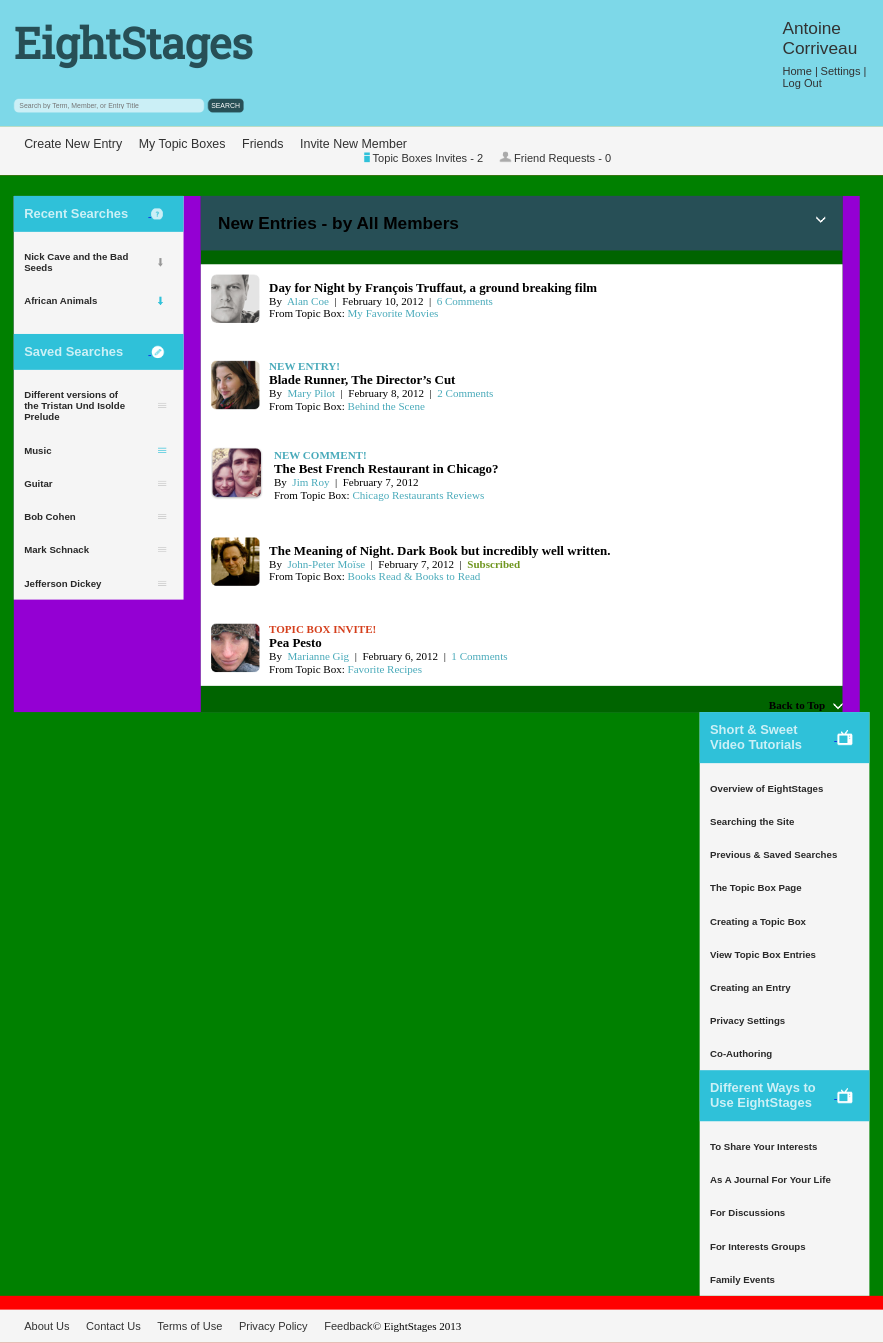
Repository: bhattaraib58/eighstages-lf-design
Page: Assignment 3/Eight Stages Website Mockup Done/index.html
The author's editor kept a copy of each file at every save. The page is drawn from the files as they stood at one save, then again after the next save.
The browser window is 1280 px wide. The pictures show the whole page, at 69% of full size.
Some web fonts or font styles are not loaded; a fallback is used.

Above is the page before, as saved 2019-06-10 03:30:55.

### Assignment 3/Eight Stages Website Mockup Done/index.html
<!DOCTYPE html>
<html lang="en">

<head>
    <meta charset="UTF-8">
    <meta name="viewport" content="width=device-width, initial-scale=1.0">
    <meta http-equiv="X-UA-Compatible" content="ie=edge">
    <link href="https://fonts.googleapis.com/css?family=Roboto+Slab:300,400&display=swap" rel="stylesheet">
    <link href="https://fonts.googleapis.com/css?family=Istok+Web&display=swap" rel="stylesheet">
    <link rel="stylesheet" href="css/reset.css">
    <link rel="stylesheet" href="css/style.css">
    <title>EightStages</title>
</head>

<body>
    <div class="header">
        <div class="top-header clearfix">
            <div class="logo-search">
                <div class="logo">
                    <h1><a href="#">EightStages</a></h1>
                </div>
                <form action="#">
                    <div class="input">
                        <input type="text" name="search-box" placeholder="Search by Term, Member, or Entry Title">
                    </div>
                    <div class="button">
                        <button type="submit">SEARCH</button>
                    </div>
                </form>
            </div>
            <div class="profile-info">
                <div class="title"><a href="#">Antoine Corriveau</a></div>
                <ul class="horizontal-line">
                    <li><a href="#">Home |</a></li>
                    <li><a href="#">Settings |</a></li>
                    <li><a href="#">Log Out</a></li>
                </ul>
            </div>
        </div>
        <div class="bottom-header clearfix">
            <ul class="menu-items">
                <li><a href="#">Create New Entry</a></li>
                <li><a href="#">My Topic Boxes</a></li>
                <li><a href="#">Friends</a></li>
                <li><a href="#">Invite New Member</a></li>
            </ul>
            <div class="user-info">
                <a href="#" class="topic-invites">
                    <img src="images/topic-invites.png" alt="Topic Invites Icon">
                    <span>Topic Boxes Invites - </span>
                    <span>2</span>
                </a>
                <a href="#" class="friend-requests">
                    <img src="images/user.png" alt="User Icon">
                    <span>Friend Requests - </span>
                    <span>0</span>
                </a>
            </div>
        </div>
    </div>
    <div class="container clearfix">
        <div class="searches-entries-container">
            <div class="searches-container">
                <div class="recent-searches">
                    <div class="content-title">
                        <a href="#">
                            <h3 class="content-common">Recent Searches</h3>
                            <img src="images/question-mark.png" alt="Question Mark">
                        </a>
                    </div>
                    <div class="searches-content">
                        <ul>
                            <li class="content"><a href="#">
                                    <div>Nick Cave and the Bad Seeds</div>
                                    <img src="images/download-gray.png" alt="Downlaod Gray Icon">
                                </a></li>
                            <li class="content">
                                <a href="#">
                                    <div>African Animals</div>
                                    <img src="images/download-lit.png" alt="Downlaod Lit Icon">
                                </a>
                            </li>
                        </ul>
                    </div>
                </div>
                <div class="saved-searches">
                    <div class="content-title">
                        <a href="#">
                            <h3 class="content-common">Saved Searches</h3>
                            <img src="images/edit-pen.png" alt="Edit Icon">
                        </a>
                    </div>
                    <div class="searches-content">
                        <ul>
                            <li class="content"><a href="#">
                                    <div>Different versions of the
                                        Tristan Und Isolde Prelude</div>
                                    <img src="images/hamburger-gray.png" alt="Hamburger Gray Icon">
                                </a></li>
                            <li class="content">
                                <a href="#">
                                    <div>Music</div>
                                    <img src="images/hamburger-selected.png" alt="Hamburger Selected Icon">
                                </a>
                            </li>
                            <li class="content">
                                <a href="#">
                                    <div>Guitar</div>
                                    <img src="images/hamburger-gray.png" alt="Hamburger Gray Icon">
                                </a>
                            </li>
                            <li class="content">
                                <a href="#">
                                    <div>Bob Cohen</div>
                                    <img src="images/hamburger-gray.png" alt="Hamburger Gray Icon">
                                </a>
                            </li>
                            <li class="content">
                                <a href="#">
                                    <div>Mark Schnack</div>
                                    <img src="images/hamburger-gray.png" alt="Hamburger Gray Icon">
                                </a>
                            </li>
                            <li class="content">
                                <a href="#">
                                    <div>Jefferson Dickey</div>
                                    <img src="images/hamburger-gray.png" alt="Hamburger Gray Icon">
                                </a>
                            </li>

                        </ul>
                    </div>
                </div>
            </div>
            <div class="entries-container">
                <div class="entries-main-title clearfix">
                    <h1>New Entries - by All Members</h1>
                    <a href="#"><img src="images/arrow.png" alt="Arrow Icon"></a>
                </div>
                <div class="entries-list">
                    <ul>
                        <li class="entries">
                            <div>
                                <div class="image-container">
                                    <img src="images/person-1.png" alt="person-1">
                                </div>
                                <div class="entries-content">
                                    <!-- <span class="entries-notify-info">New Comment</span> -->
                                    <h3 class="entries-title">Day for Night by François Truffaut, a ground breaking film
                                    </h3>
                                    <div class="entries-author">
                                        <span>By&nbsp;</span>
                                        <a href="#">Alan Coe</a>
                                        <span>&nbsp;|&nbsp;</span>
                                        <span>February 10, 2012</span>
                                        <span>&nbsp;|&nbsp;</span>
                                        <a href="#">6&nbsp;Comments</a>
                                        <!-- <span>&nbsp;|&nbsp;</span>
                                        <span class="subscribed">Subscribed</span> -->
                                    </div>
                                    <div class="entries-category">
                                        <span>From Topic Box: </span>
                                        <a href="#">My Favorite Movies</a>
                                    </div>
                                </div>
                            </div>
                        </li>
                        <li class="entries">
                            <div>
                                <div class="image-container">
                                    <img src="images/person-2.png" alt="person-1">
                                </div>
                                <div class="entries-content">
                                    <span class="entries-notify-info">NEW ENTRY!</span>
                                    <h3 class="entries-title">Blade Runner, The Director’s Cut</h3>
                                    <div class="entries-author">
                                        <span>By&nbsp;</span>
                                        <a href="#">Mary Pilot</a>
                                        <span>&nbsp;|&nbsp;</span>
                                        <span>February 8, 2012</span>
                                        <span>&nbsp;|&nbsp;</span>
                                        <a href="#">2&nbsp;Comments</a>
                                        <!-- <span>&nbsp;|&nbsp;</span>
                                            <span class="subscribed">Subscribed</span> -->
                                    </div>
                                    <div class="entries-category">
                                        <span>From Topic Box: </span>
                                        <a href="#">Behind the Scene</a>
                                    </div>
                                </div>
                            </div>
                        </li>

                        <li class="entries">
                            <div>
                                <div class="image-container">
                                    <img src="images/person-3.png" alt="person-3">
                                </div>
                                <div class="entries-content">
                                    <span class="entries-notify-info">NEW COMMENT!</span>
                                    <h3 class="entries-title">The Best French Restaurant in Chicago?</h3>
                                    <div class="entries-author">
                                        <span>By&nbsp;</span>
                                        <a href="#">Jim Roy</a>
                                        <span>&nbsp;|&nbsp;</span>
                                        <span>February 7, 2012</span>
                                        <!-- <span>&nbsp;|&nbsp;</span> -->
                                        <!-- <a href="#">2&nbsp;Comments</a> -->
                                        <!-- <span>&nbsp;|&nbsp;</span>
                                                <span class="subscribed">Subscribed</span> -->
                                    </div>
                                    <div class="entries-category">
                                        <span>From Topic Box: </span>
                                        <a href="#"> Chicago Restaurants Reviews</a>
                                    </div>
                                </div>
                            </div>
                        </li>

                        <li class="entries">
                            <div>
                                <div class="image-container">
                                    <img src="images/person-4.png" alt="person-3">
                                </div>
                                <div class="entries-content">
                                    <!-- <span class="entries-notify-info">NEW COMMENT!</span> -->
                                    <h3 class="entries-title">The Meaning of Night. Dark Book but incredibly well
                                        written.</h3>
                                    <div class="entries-author">
                                        <span>By&nbsp;</span>
                                        <a href="#">John-Peter Moïse</a>
                                        <span>&nbsp;|&nbsp;</span>
                                        <span>February 7, 2012</span>
                                        <!-- <span>&nbsp;|&nbsp;</span> -->
                                        <!-- <a href="#">2&nbsp;Comments</a> -->
                                        <span>&nbsp;|&nbsp;</span>
                                        <span class="subscribed">Subscribed</span>
                                    </div>
                                    <div class="entries-category">
                                        <span>From Topic Box: </span>
                                        <a href="#"> Books Read & Books to Read</a>
                                    </div>
                                </div>
                            </div>
                        </li>
                        <li class="entries">
                            <div>
                                <div class="image-container">
                                    <img src="images/person-5.png" alt="person-3">
                                </div>
                                <div class="entries-content">
                                    <span class="entries-notify-invite">TOPIC BOX INVITE!</span>
                                    <h3 class="entries-title">Pea Pesto</h3>
                                    <div class="entries-author">
                                        <span>By&nbsp;</span>
                                        <a href="#">Marianne Gig</a>
                                        <span>&nbsp;|&nbsp;</span>
                                        <span>February 6, 2012</span>
                                        <span>&nbsp;|&nbsp;</span>
                                        <a href="#">1&nbsp;Comments</a>
                                        <!-- <span>&nbsp;|&nbsp;</span>
                                                <span class="subscribed">Subscribed</span> -->
                                    </div>
                                    <div class="entries-category">
                                        <span>From Topic Box: </span>
                                        <a href="#"> Favorite Recipes</a>
                                    </div>
                                </div>
                            </div>
                        </li>
                    </ul>
                </div>
                <div class="entries-footer">
                    <span>Back to Top&nbsp;&nbsp;</span>
                    <a href="#"><img src="images/arrow.png" alt="Arrow Icon"></a>
                </div>
            </div>
        </div>
        <div class="shortlink-sidebar-container">
            <div class="content-title">
                <a href="#">
                    <h3 class="content-common">Short & Sweet
                        Video Tutorials</h3>
                    <img src="images/tv-icon.png" alt="TV (Watch) Icon">
                </a>
            </div>
            <div class="searches-content">
                <ul>
                    <li class="content"><a href="#">
                            Overview of EightStages
                        </a></li>
                    <li class="content"><a href="#">
                            Searching the Site
                        </a></li>
                    <li class="content"><a href="#">
                            Previous & Saved Searches
                        </a></li>
                    <li class="content"><a href="#">
                            The Topic Box Page
                        </a></li>
                    <li class="content"><a href="#">
                            Creating a Topic Box
                        </a></li>
                    <li class="content"><a href="#">
                            View Topic Box Entries
                        </a></li>

                    <li class="content"><a href="#">
                            Creating an Entry
                        </a></li>
                    <li class="content">
                        <a href="#">
                            Privacy Settings
                        </a>
                    </li>
                    <li class="content"><a href="#">
                            Co-Authoring
                        </a></li>
                </ul>
            </div>

            <div class="content-title">
                <a href="#">
                    <h3 class="content-common">Different Ways
                        to Use EightStages</h3>
                    <img src="images/tv-icon.png" alt="TV (Watch) Icon">
                </a>
            </div>
            <div class="searches-content">
                <ul>
                    <li class="content"><a href="#">
                            To Share Your Interests
                        </a></li>
                    <li class="content"><a href="#">
                            As A Journal For Your Life
                        </a></li>
                    <li class="content"><a href="#">
                            For Discussions
                        </a></li>
                    <li class="content"><a href="#">
                            For Interests Groups
                        </a></li>
                    <li class="content"><a href="#">
                            Family Events
                        </a></li>
                </ul>
            </div>
        </div>
    </div>
    <div class="footer bottom-header clearfix">
        <ul class="short-links">
                <li><a href="#">About Us </a></li>
                <li><a href="#">Contact Us </a></li>
                <li><a href="#">Terms of Use</a></li>
                <li><a href="#">Privacy Policy</a></li>
                <li><a href="#">Feedback</a></li>
        </ul>
        <span class="copyright">
            © EightStages 2013
        </span>
    </div>
</body>

</html>

### Assignment 3/Eight Stages Website Mockup Done/css/reset.css
*
{
    margin: 0px;
    padding: 0px;
    box-sizing: border-box;
}

### Assignment 3/Eight Stages Website Mockup Done/css/style.css
body {
    background-color: red;
}

.header {
    background-color: green;
}

.top-header {
    background-color: #7dd8e8;
    padding: 20px;
}

.logo-search {
    width: 60%;
    float: left;
}

.clearfix::after {
    content: "";
    clear: both;
    display: table;
}

.logo {
    margin-right: 22px;
    font-family: 'Roboto Slab', serif;
    float: left;
}

.logo a {
    color: #274f56;
    text-decoration: none;
    font-size: 62px;
}

form {
    float: left;
    margin-top: 40px;
    margin-right: 178px;
}

form input {
    margin-right: 5px;
    width: 276px;
    height: 20px;
    background-color: transparent;
    border: 0px;
    padding: 8px;
    font-size: 10px;
    color: #5c5c5c;
    font-family: "Istok Web ", sans-serif;
    outline: none;
    display: inline-block;
}

form .input {
    background: url(../images/input.png) no-repeat;
    float: left;
}

form button {
    display: inline-block;
    outline: none;
    color: #ffffff;
    font-family: "Istok Web ", sans-serif;
    background-color: transparent;
    border: 0px;
    padding: 5px;
    font-size: 10px;
    text-align: center;
    display: inline-block;
}

form .button {
    background: url(../images/button.png) no-repeat;
    float: left;
}

.profile-info {
    width: 40%;
    float: right;
    margin-top: 6px;
    padding-left: 370px;
}

.title {
    font-size: 25px;
    font-family: "Muli", sans-serif;
    margin-bottom: 10px;
}

.profile-info a {
    color: #323232;
    text-decoration: none;
}

ul.horizontal-line li {
    display: inline;
    font-family: "Istok Web ", sans-serif;
    font-size: 16px;
}

.bottom-header {
    background-color: #f5f5f5;
    padding: 15px;
}

.menu-items {
    float: left;
}

.menu-items li {
    display: inline-block;
    font-family: "Istok Web ", sans-serif;
    font-size: 18px;
    margin-left: 20px;
}

.menu-items a {
    color: #323232;
    text-decoration: none;
}

.user-info {
    float: left;
    margin-left: 512px;
}

.user-info a {
    margin-right: 20px;
    text-decoration: none;
    color: #323232;
}

.user-info span {
    font-family: "Istok Web ", sans-serif;
    font-size: 16px;
}

.container {
    padding: 30px 20px 0px 20px;
    background-color: green;
    margin-bottom: 20px;
}

.searches-entries-container {
    float: left;
    background-color: darkviolet;
}

.searches-container {
    width: 246px;
    background-color: #f5f5f5;
    float: left;
}

/* body content */
.entries-container {
    float: right;
    background-color: darkgreen;
    margin-left: 25px;
    margin-right: 25px;
    width:930px;
}

.recent-searches {
    margin-bottom: 25px;
}

.shortlink-sidebar-container {
    width: 246px;
    background-color: #f5f5f5;
    float: right;
}

.content-common {
    width: 155px;
    word-wrap: break-word;
    display: inline-block;
    margin-right: 25px;
    vertical-align: middle;
}

.content-title {
    margin-bottom: 13px;
    background-color: #2fc1d9;
    padding: 15px;
}

.content-title h3 {
    font-family: "Istok Web ", sans-serif;
    color: #ccf0f6;
}

.content-title img {
    vertical-align: middle;
}

.searches-content li {
    display: block;
    font-family: "Istok Web ", sans-serif;
    font-size: 16px;
}

.content {
    padding: 15px;
}

.content a {
    text-decoration: none;
    color: #292929;
    font-weight: 550;
    font-size: 14px;
}

.content div {
    width: 155px;
    word-wrap: break-word;
    display: inline-block;
    margin-right: 35px;
    vertical-align: middle;
}

.content img {
    vertical-align: middle;
}

.content:hover {
    background-color: #ffffff;
    padding: 15px;
}

.content a:hover {
    color: #309eb0;
}

/* div .img{
    height: 12px;
    width: 12px;
    background: url('images/hamburger-gray.png');
}
div .img:hover {
    background: url('images/hamburger-selected.png');
} */

.entries-main-title {
    background-color: #274f56;
    padding: 25px;
}

.entries-main-title h1 {
    font-size: 25px;
    font-family: "Muli", sans-serif;
    display: inline-block;
    margin-right: 50px;
    float: left;
}
.entries-main-title a {
    float: right;
}

.entries-list
{
    background-color: #ffffff;
}
.entries-list li
{
    display: block;
}

.entries
{
    padding: 15px;
    margin-bottom: 20px;
    margin-top: 20px;
}

.entries::after
{
    background: url("/images/line.png");
}

.image-container
{
    display: inline-block;
    vertical-align: middle;
    margin-right: 10px;
}
.entries-content
{
    display: inline-block;
    vertical-align: middle;
}
.entries-notify-info
{
    color: #49aaba;
    font-weight: 550;
}
.entries-notify-invite
{
    color: #d53f1c;
    font-weight: 550;
}

.entries a
{
    text-decoration: none;
    color: #49aaba;
}

.subscribed
{
    color: #709620;
    font-weight: 550;
}
.entries-footer
{
    float: right;
    font-weight: 550;
}

.copyright-info
{
    float: right;
}

.short-links {
    float: left;
}

.short-links li {
    display: inline-block;
    font-family: "Istok Web ", sans-serif;
    /* font-size: 18px; */
    margin-left: 20px;
}

.short-links a {
    color: #323232;
    text-decoration: none;
}

After the next save:
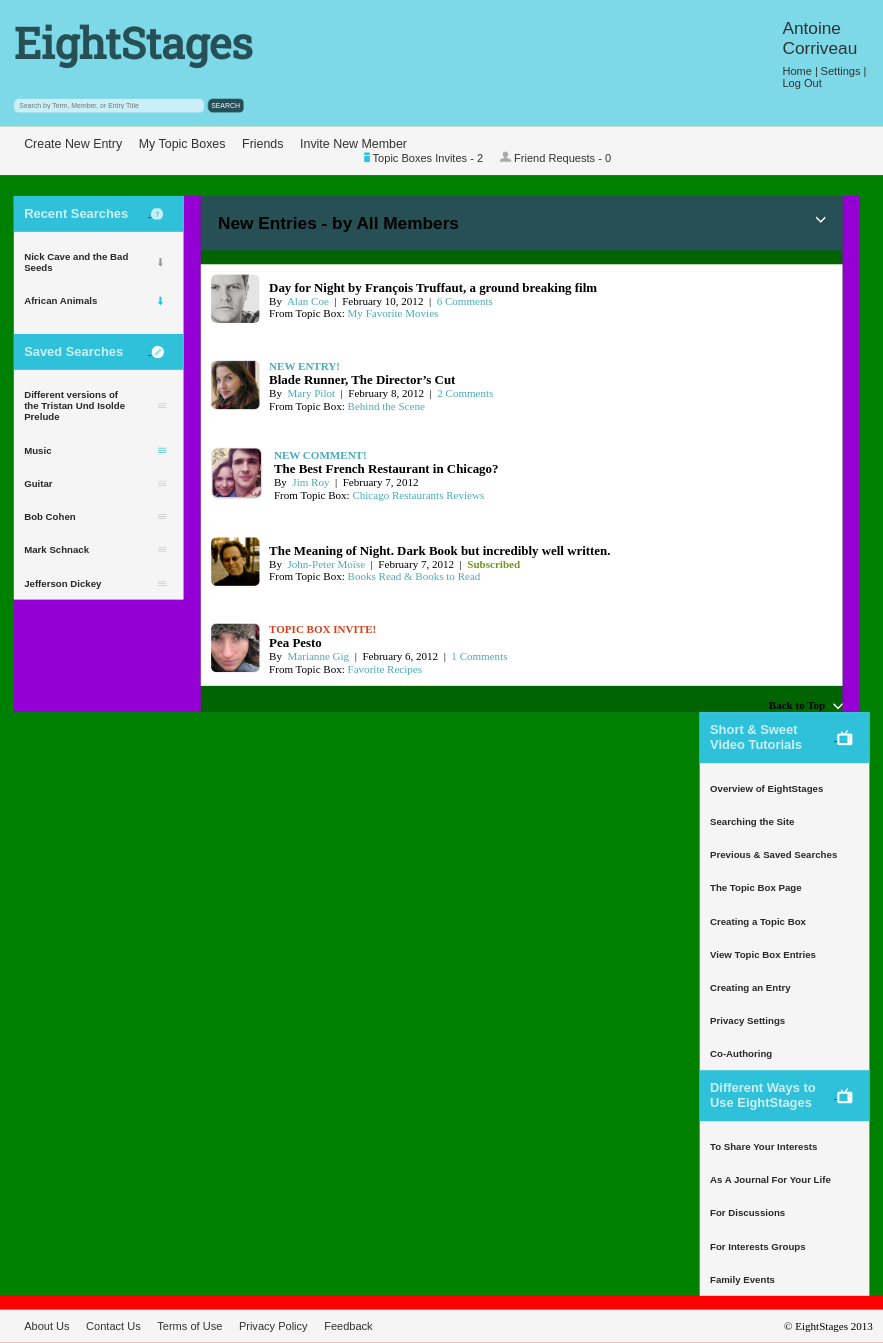
Saved 29 s later.
--- a/Assignment 3/Eight Stages Website Mockup Done/index.html
+++ b/Assignment 3/Eight Stages Website Mockup Done/index.html
@@ -355,7 +355,7 @@
                 <li><a href="#">Privacy Policy</a></li>
                 <li><a href="#">Feedback</a></li>
         </ul>
-        <span class="copyright">
+        <span class="copyright-info">
             © EightStages 2013
         </span>
     </div>
